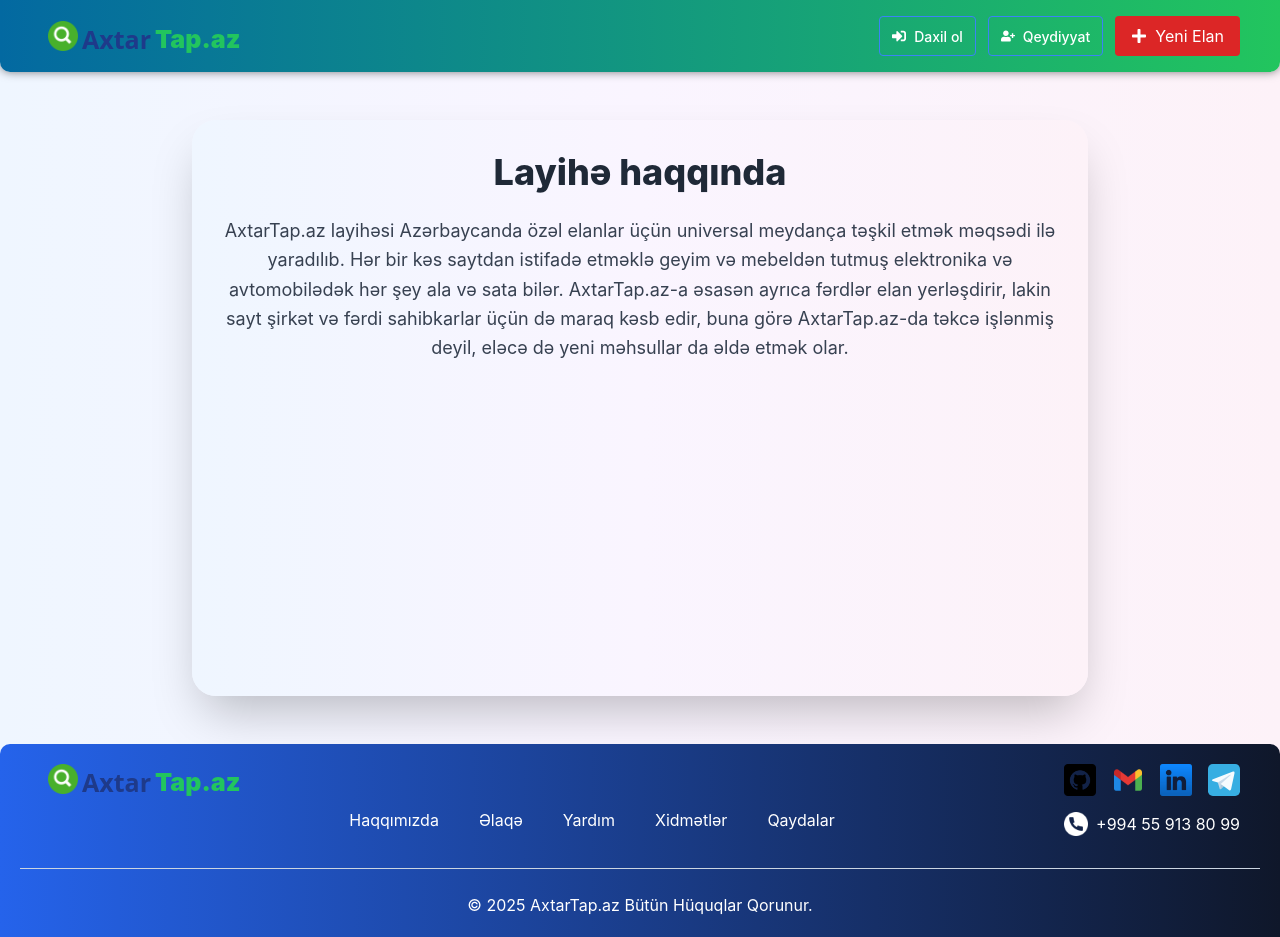
Repository: Omur56/AxtarTap.az
Page: /about
An editor plug-in stored every save of this project. The page is shown before and after a run of saves, followed by the edit.
The browser window is 1280 px wide. The pictures show the whole page.
The project was rebuilt for these pictures with package versions that can differ from the ones it lists, and the page was loaded fresh each time. Some packages were replaced by stand-ins written for this rebuild. Also part of the build but not shown: src/pages/Katalog/Cateqories/index.jsx, src/pages/Katalog/index.jsx, src/pages/Contact/index.jsx, src/pages/Qaydalar/index.jsx, src/pages/Yardım/index.jsx, src/pages/Xidmetler/index.jsx, src/pages/Home/index.jsx, src/components/CreatePostNeqliyyat/index.jsx and 32 more.

Above is the page before, as saved 2025-08-21 19:05:35.

After the next 2 saves:
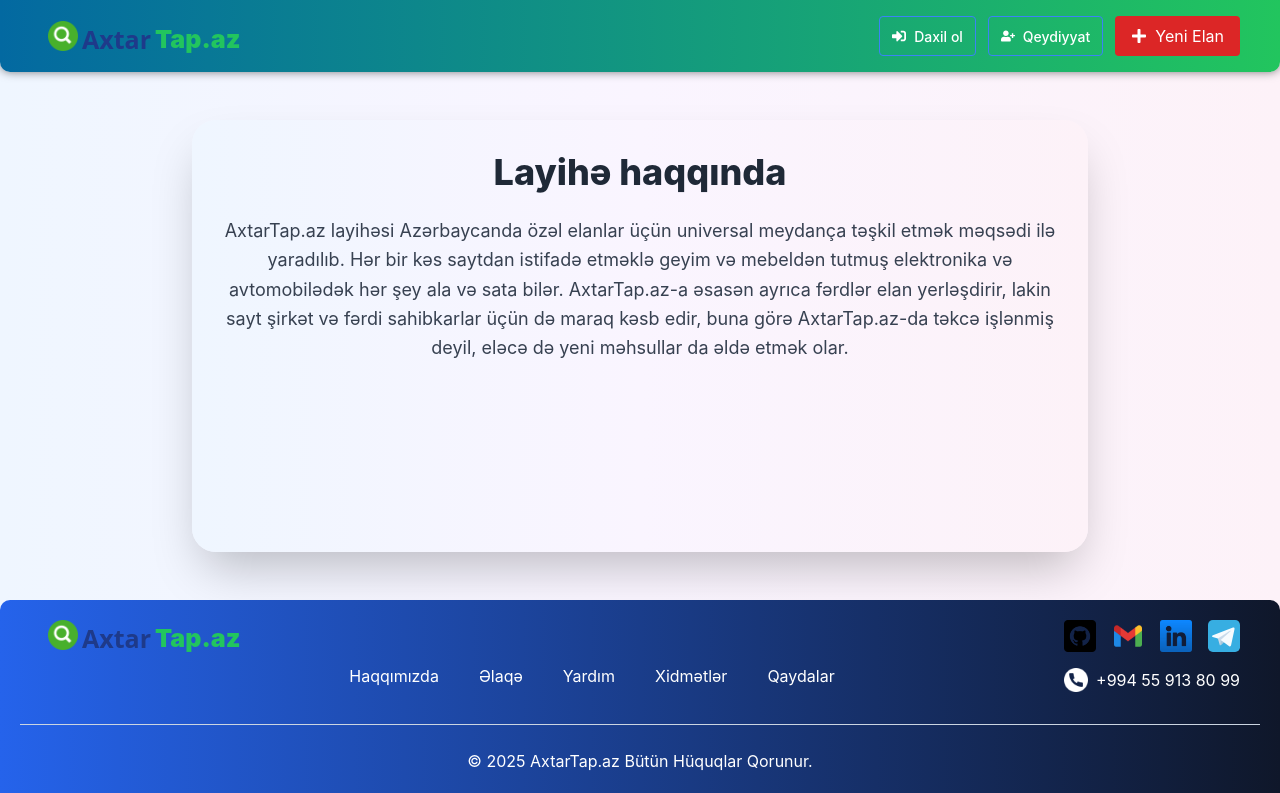
The 2 saves are shown as one change because they came seconds apart.
The last was saved 28 min 41 s later.
--- a/src/pages/About/index.jsx
+++ b/src/pages/About/index.jsx
@@ -8,7 +8,7 @@ return( <div>
 
 
 
-<div className="max-w-4xl mx-auto p-8 mt-12 mb-12 min-h-[80vh] bg-gradient-to-r from-blue-50 via-purple-50 to-pink-50 rounded-3xl shadow-2xl">
+<div className="max-w-4xl mx-auto p-8 mt-12 mb-12 min-h-[60vh] bg-gradient-to-r from-blue-50 via-purple-50 to-pink-50 rounded-3xl shadow-2xl">
   <h2 className="text-4xl font-extrabold text-gray-800 mb-6 text-center">Layihə haqqında</h2>
 
   <p className="text-gray-700 text-lg leading-relaxed text-center">
